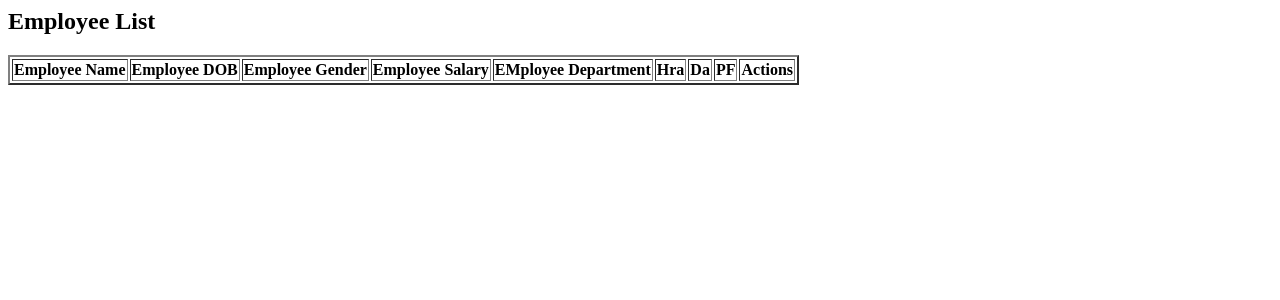
Repository: satwikadivi/Software-examples
Page: http://localhost/employee-list
An editor plug-in stored every save of this project. The page is shown before and after the next save, followed by the edit.
The browser window is 1280 px wide. The pictures show the whole page.
The page is this project's Thymeleaf template; nobody is signed in. The template is opened directly, without the code that normally fills it, so the values that code supplies are empty.

Above is the page before, as saved 2024-12-22 07:20:27.

### SpringBootMvcProject-2/src/main/resources/templates/employee-list.html
<html>
	<head>
		<title>Employee list</title>
	</head>
	<body>
		<h2>Employee List</h2>
		<div>
			<table border="2">
				<thead>
					<tr>
						<th>Employee Name</th>
						<th>Employee DOB</th>
						<th>Employee Gender</th>
						<th>Employee Salary</th>
						<th>EMployee Department</th>
						<th>Hra</th>
						<th>Da</th>
						<th>PF</th>
						<th>Actions</th>
					</tr>
				</thead>
				<tbody>
					<tr th:each="employee:${employees}">
						<td th:text="${employee.id}"></td>
						<td th:text="${employee.empName}"></td>
						<td th:text="${employee.empDOB}"></td>
						<td th:text="${employee.gender}"></td>
						<td th:text="${employee.empSalary}"></td>
						<td th:text="${employee.department}"></td>
						<td th:text="${employee.hra}"></td>
						<td th:text="${employee.da}"></td>
						<td th:text="${employee.pf}"></td>
						<td><a th:href="@{'/delete/' + ${employee.id}}">Delete</a></td>
					</tr>
				</tbody>
			</table>
		</div>
	</body>
</html>

After the next save:
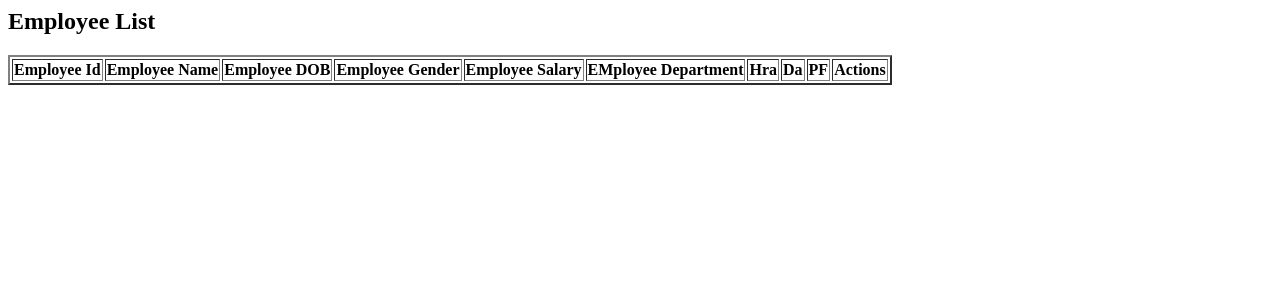
Saved 110 s later.
--- a/SpringBootMvcProject-2/src/main/resources/templates/employee-list.html
+++ b/SpringBootMvcProject-2/src/main/resources/templates/employee-list.html
@@ -8,6 +8,7 @@
 			<table border="2">
 				<thead>
 					<tr>
+						<th>Employee Id</th>
 						<th>Employee Name</th>
 						<th>Employee DOB</th>
 						<th>Employee Gender</th>
